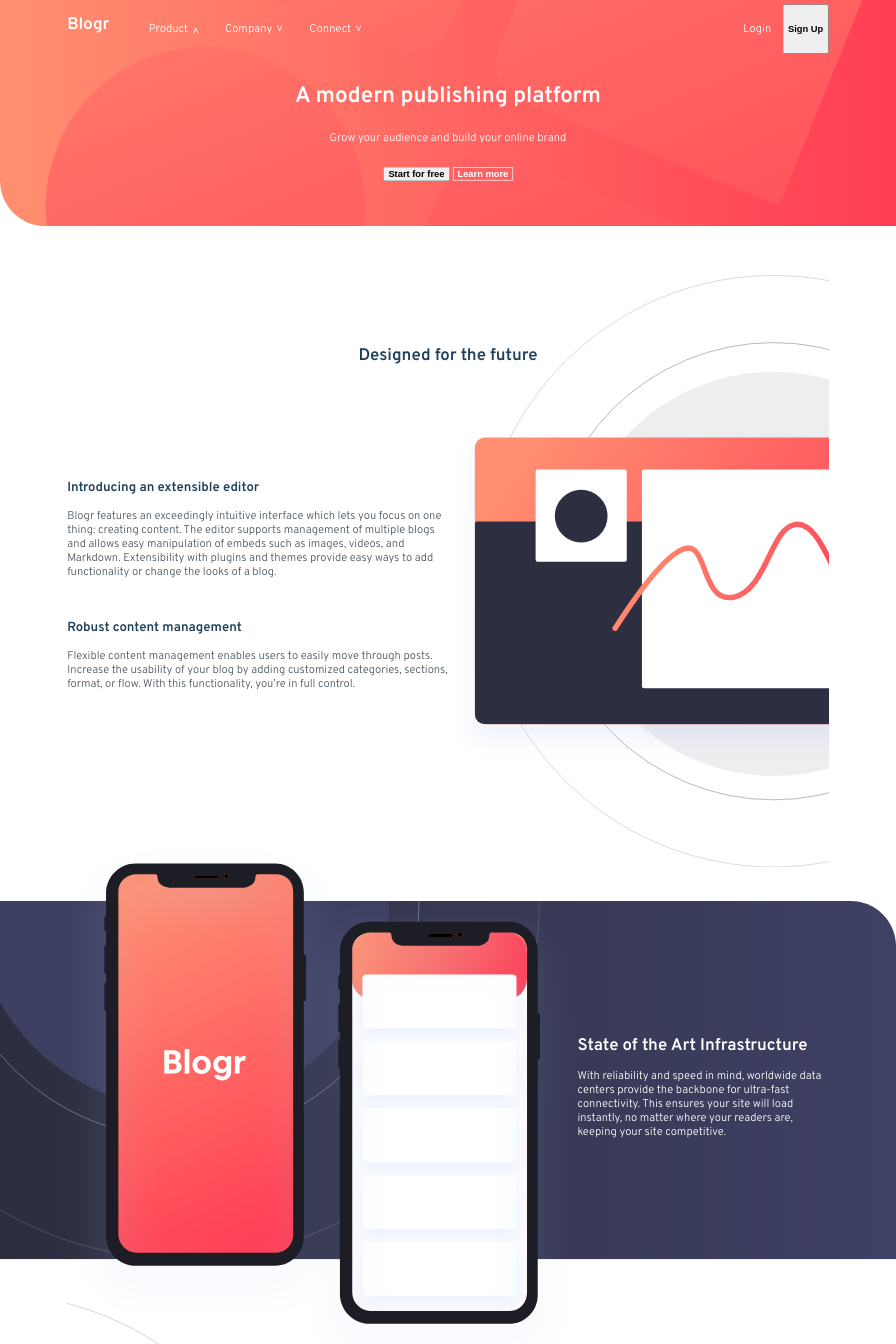
Repository: Ejiro-Oke/Blogr
Page: blogr.html
The author's editor kept a copy of each file at every save. The page is drawn from the files as they stood at one save, then again after a run of saves.
The browser window is 1280 px wide. The pictures show the part of the page from y = 0 to 1920 px (the page is 3085 px tall before and 3116 px after), at 70% of full size.
The pointer rests on the first visible `#content-trigger`.

Above is the page before, as saved 2021-04-15 17:37:28.

After the next 3 saves:
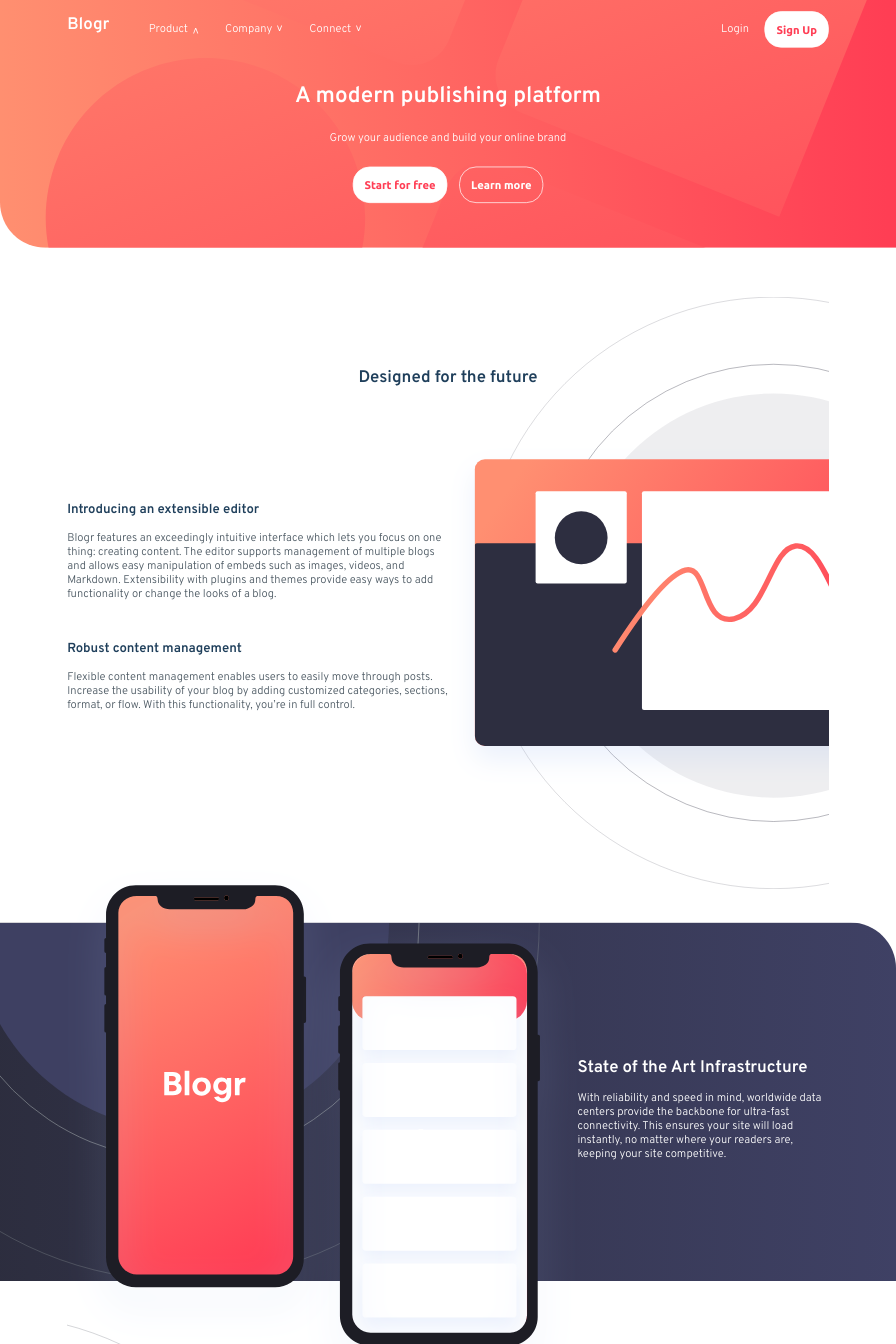
The 3 saves are shown as one change because they came seconds apart.
The last was saved 26 s later.
--- a/blogr.css
+++ b/blogr.css
@@ -93,6 +93,7 @@ a, .top-arrow {
   #content-trigger:hover .top-arrow
   {transform: rotate(180deg);}
   #content-trigger:hover .drop-top
+  {display: block;}
 
 button{
 margin: auto .4em;
